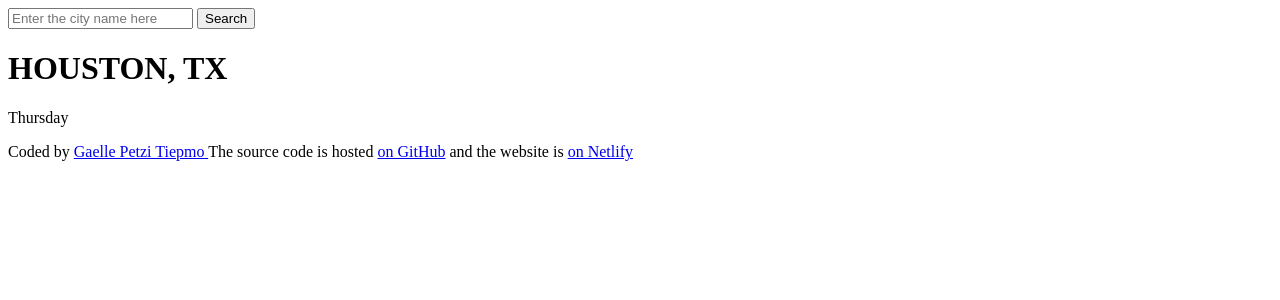
Repository: OnwardForward/meteo.by.gaelle
Page: meteo.appbygaelle.html
An editor plug-in stored every save of this project. The page is shown before and after the next save, followed by the edit.
The browser window is 1280 px wide. The pictures show the whole page.

Above is the page before, as saved 2024-04-18 13:49:43.

After the next save:
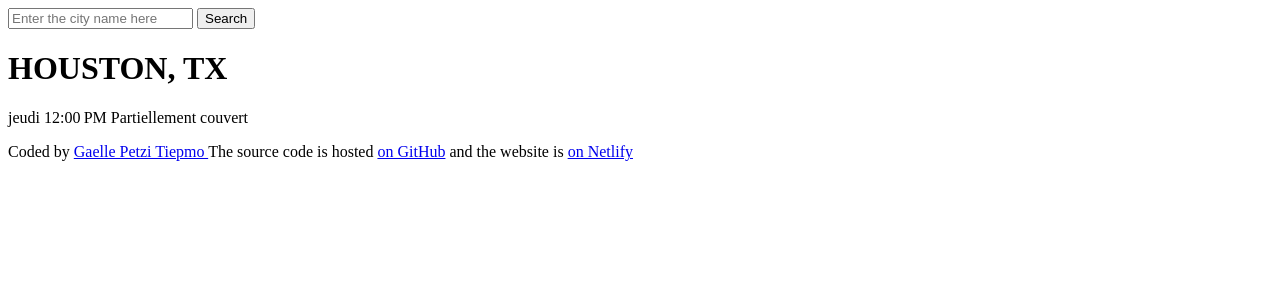
Saved 42 s later.
--- a/meteo.appbygaelle.html
+++ b/meteo.appbygaelle.html
@@ -16,7 +16,8 @@
     <div>
         <h1>HOUSTON, TX</h1>
         <p>
-            Thursday
+            jeudi 12:00 PM
+Partiellement couvert
         </p>
     </div>
    </main>

After the 3 saves that followed:
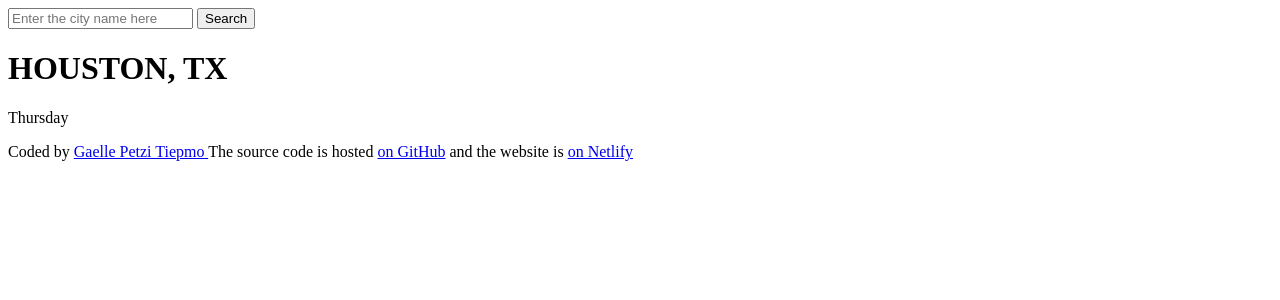
The 3 saves are shown as one change because they came seconds apart.
The last was saved 4 min 23 s later.
--- a/meteo.appbygaelle.html
+++ b/meteo.appbygaelle.html
@@ -16,8 +16,7 @@
     <div>
         <h1>HOUSTON, TX</h1>
         <p>
-            jeudi 12:00 PM
-Partiellement couvert
+            Thursday
         </p>
     </div>
    </main>
